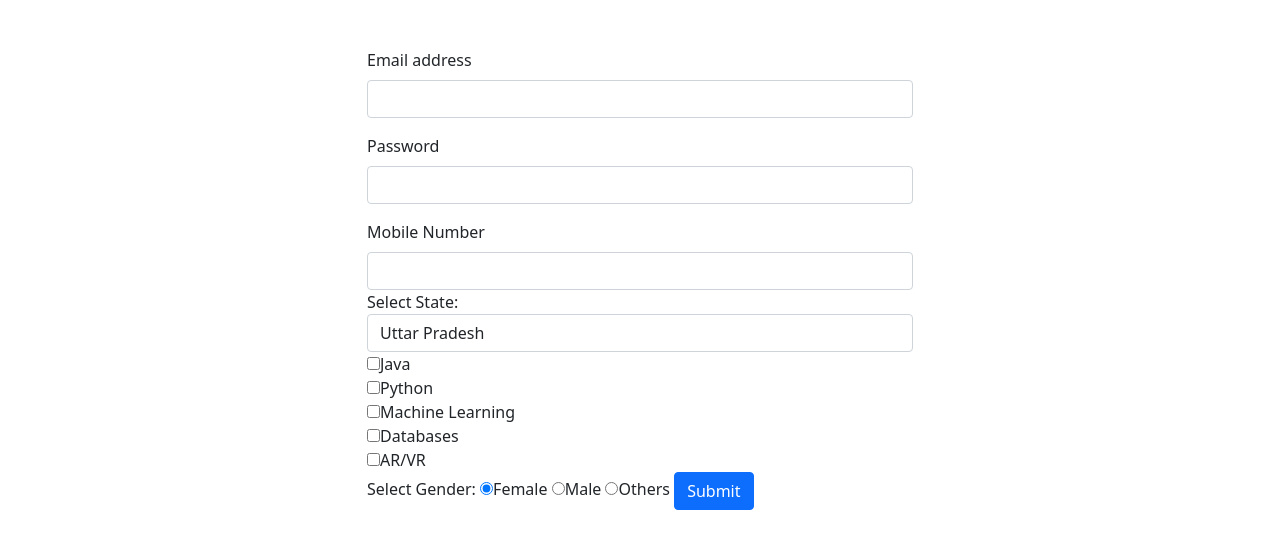
Repository: SimSri-ExtraMarks/FormHandling
Page: formHandling/form.html
These files come from the project's save history. The page is drawn as it stood at one moment and after the next save; the edit follows.
The browser window is 1280 px wide. The pictures show the whole page.

Above is the page before, as saved 2021-06-26 12:42:18.

After the next save:
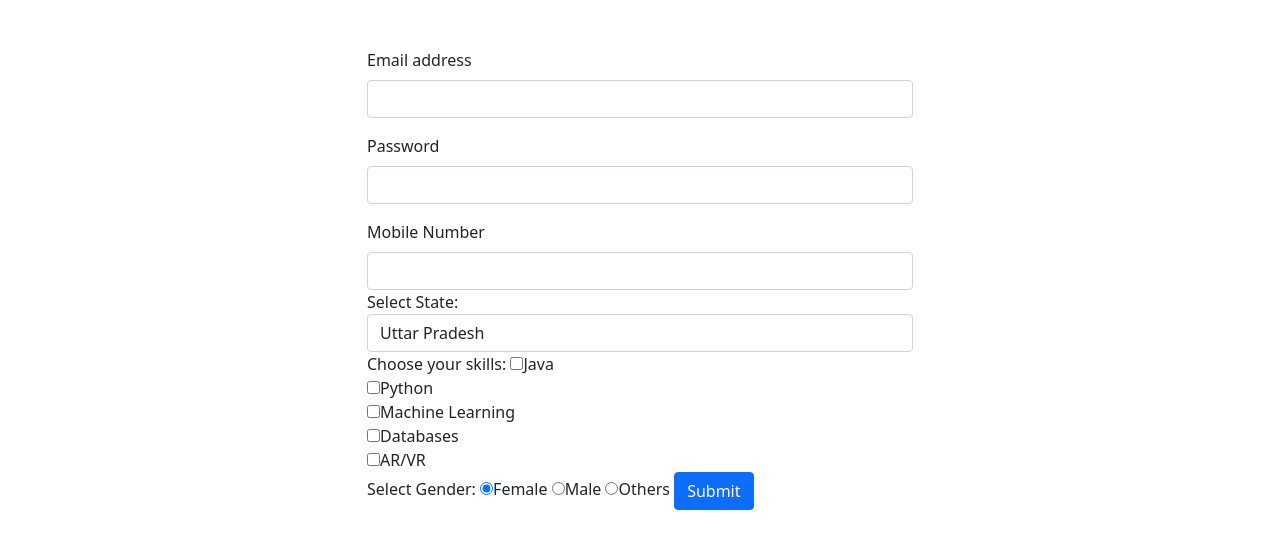
Saved 63 s later.
--- a/formHandling/form.html
+++ b/formHandling/form.html
@@ -41,6 +41,7 @@
 						</div>
 
 						<div class="checkbox">
+						<label for="exampleInputSkills">Choose your skills:</label>
   <label><input type="checkbox" value="exampleInputSkills">Java</label>
 </div>
 <div class="checkbox">
